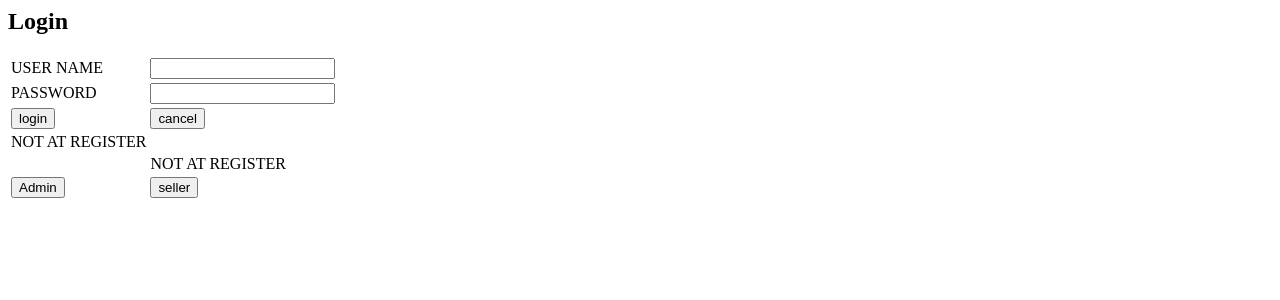
Repository: saik46573/sai
Page: http://localhost/Project/
The author's editor kept a copy of each file at every save. The page is drawn from the files as they stood at one save, then again after the next save.
The browser window is 1280 px wide. The pictures show the whole page.
The page is served by Tomcat 9. Other server files are loaded and not shown.

Above is the page before, as saved 2023-08-08 09:32:19.

### eclipse-workspace/Project/src/main/webapp/index.jsp
<html>
<body>
<h2>Login </h2>
<form action="login" method="post">
	<table>
	<tr>
	<td>USER NAME</td>
	<td> <input type= "text" ></td>
	</tr>
	<tr>
	<td>PASSWORD</td>
	<td> <input type= "text" ></td>
	</tr>
	<tr>
	<td><input type="submit" value="login"></td>
	<td> <input type= "submit" value="cancel"></td>
	</tr>
	<tr>
	<td>  NOT AT REGISTER  </td>
	</tr>
	<tr>
	<td>   </td>
	<td>NOT AT REGISTER</td>
	</tr>
	<tr>
	<td><input type="submit" value="Admin"></td>
	<td> <input type= "submit" value="seller"></td>
	</tr>
	</table>
</form>
</body>
</html>

After the next save:
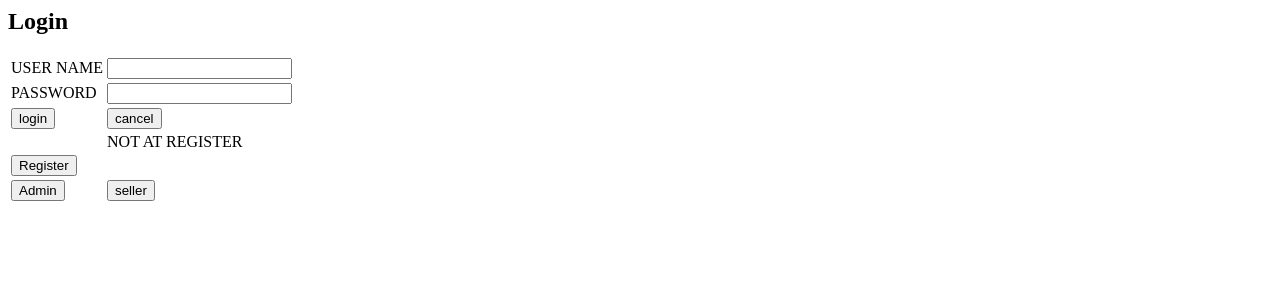
Saved 79 s later.
--- a/eclipse-workspace/Project/src/main/webapp/index.jsp
+++ b/eclipse-workspace/Project/src/main/webapp/index.jsp
@@ -16,11 +16,12 @@
 	<td> <input type= "submit" value="cancel"></td>
 	</tr>
 	<tr>
+	<td></td>
 	<td>  NOT AT REGISTER  </td>
 	</tr>
 	<tr>
-	<td>   </td>
-	<td>NOT AT REGISTER</td>
+	<td><input type="submit" value="Register">   </td>
+	<td></td>
 	</tr>
 	<tr>
 	<td><input type="submit" value="Admin"></td>
